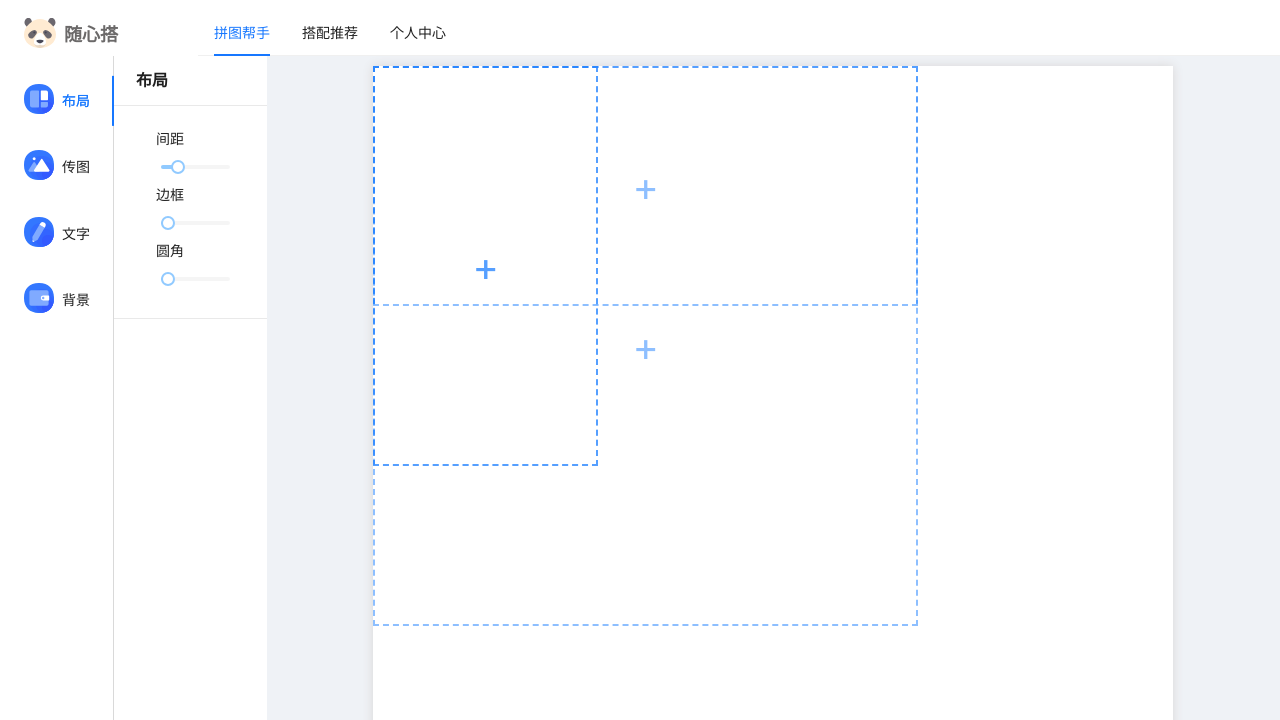
Repository: zzq1101921989/low-code
Page: /
An editor plug-in stored every save of this project. The page is shown before and after the next save, followed by the edit.
The browser window is 1280 px wide. The pictures show the whole page.
The project was rebuilt for these pictures with package versions that can differ from the ones it lists, and the page was loaded fresh each time. Also part of the build but not shown: vite.config.ts, src/pages/admin/index.tsx, src/components/icon/ClothesIcon.tsx, src/components/icon/HairIcon.tsx, src/components/icon/PantsIcon.tsx, src/components/icon/ShoeIcon.tsx, src/pages/recommend/index.tsx.

Above is the page before, as saved 2023-06-01 20:34:44.

After the next save:
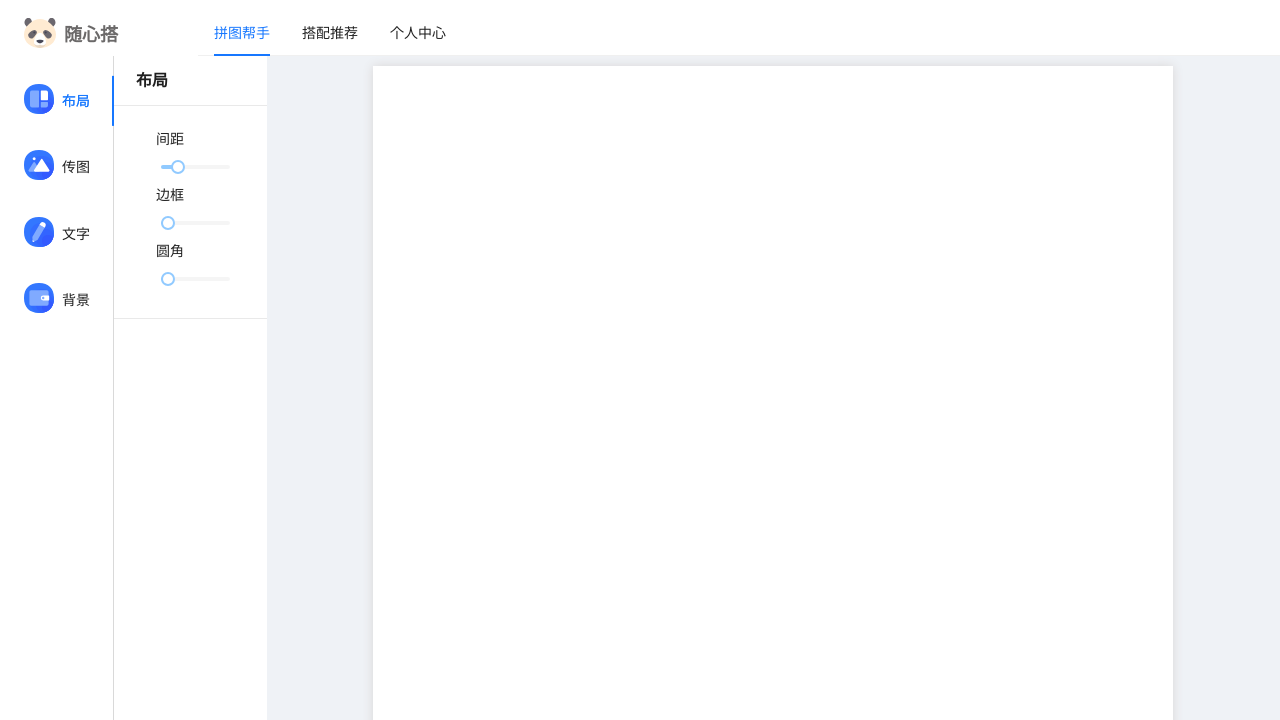
Saved 2 min 34 s later.
--- a/src/pages/home/features/DrawImage/index.tsx
+++ b/src/pages/home/features/DrawImage/index.tsx
@@ -247,6 +247,8 @@ const DrawImage: FC<DrawImageProps> = (props) => {
             children,
             currnetW,
             currnetH,
+            occupyWidth - currnetW,
+            occupyHeight - currnetH,
             direction
           )
         );
